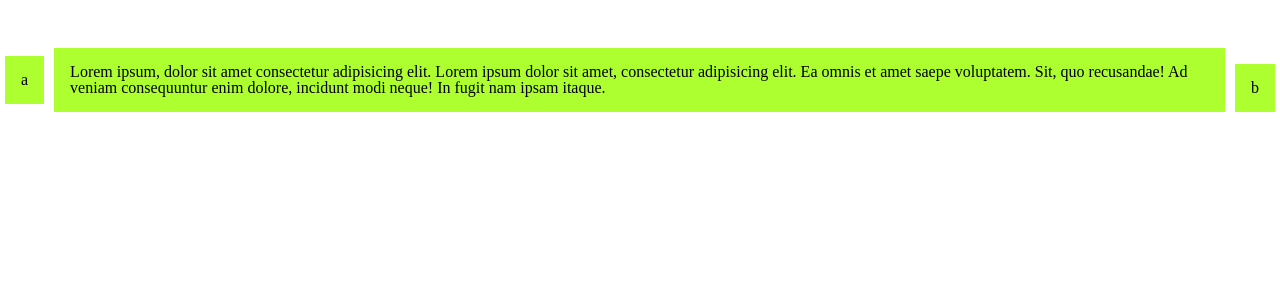
Repository: Giangattt123/HTML-CSS
Page: CSS/Flexbox/index.html
An editor plug-in stored every save of this project. The page is shown before and after the next save, followed by the edit.
The browser window is 1280 px wide. The pictures show the whole page.

Above is the page before, as saved 2023-04-26 15:34:28.

After the next save:
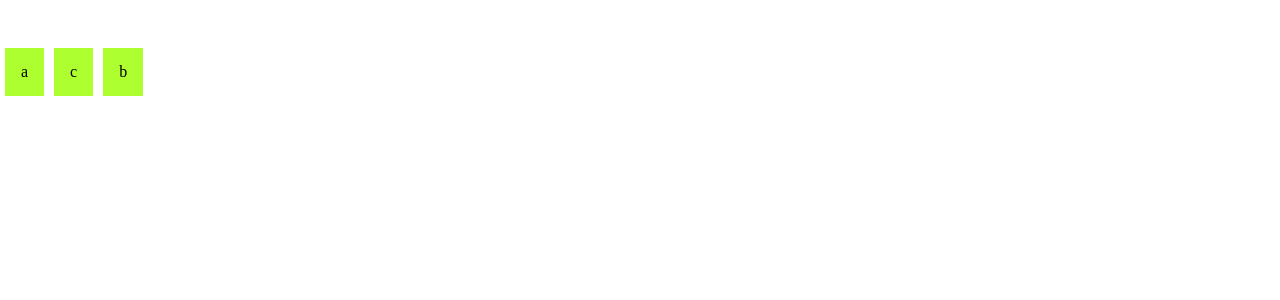
Saved 5 min 28 s later.
--- a/CSS/Flexbox/index.html
+++ b/CSS/Flexbox/index.html
@@ -11,12 +11,7 @@
   <body>
     <ul class="list">
       <li class="list-item">a</li>
-      <li class="list-item">
-        Lorem ipsum, dolor sit amet consectetur adipisicing elit. Lorem ipsum
-        dolor sit amet, consectetur adipisicing elit. Ea omnis et amet saepe
-        voluptatem. Sit, quo recusandae! Ad veniam consequuntur enim dolore,
-        incidunt modi neque! In fugit nam ipsam itaque.
-      </li>
+      <li class="list-item">c</li>
       <li class="list-item">b</li>
     </ul>
   </body>
